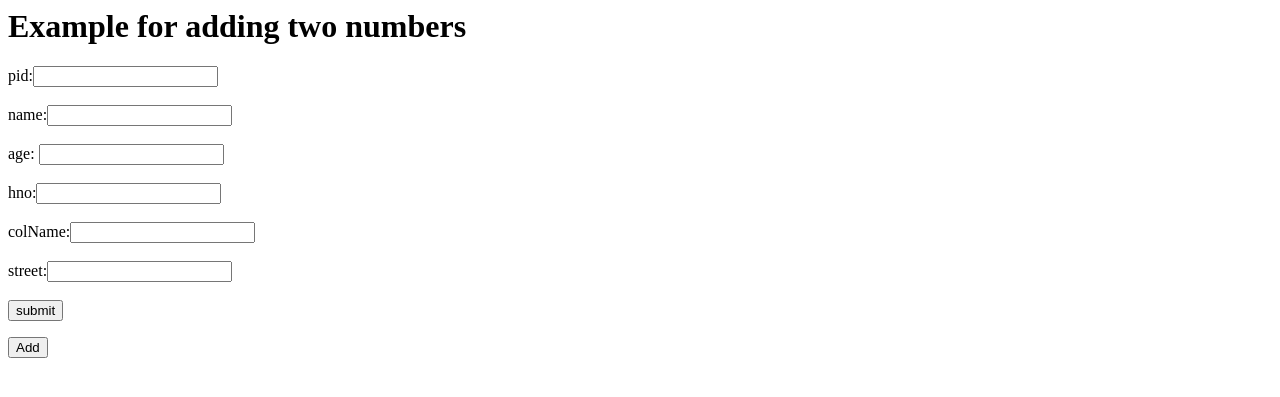
Repository: priyanalleboina/JsTraining
Page: Priyanka _JsExcercies/Excersice-14-ts/index.html
The author's editor kept a copy of each file at every save. The page is drawn from the files as they stood at one save, then again after the next save.
The browser window is 1280 px wide. The pictures show the whole page.

Above is the page before, as saved 2020-06-04 15:02:19.

### Priyanka _JsExcercies/Excersice-14-ts/index.html
<html lang="en">
<head>
  <meta charset="UTF-8">
  <meta name="viewport" content="width=device-width, initial-scale=1.0">
  <title>Add Program</title>
</head>
<body>
  <div>
    <h1>Example for adding two numbers</h1>
    <form method="GET" action="http://localhost:4000/create">
        <label>pid:</label><input id="id" name="pid"></br></br>
        <label>name:</label><input id="name" name="name"></br></br>
        <label>age:</label> <input id="age" name="age"></br></br>
        <label>hno:</label><input id="hno" name="hno"></br></br>
        <label>colName:</label><input id="colName" name="colName"></br></br>
        <label>street:</label><input id="street" name="street"></br></br>
        <input type="submit" value="submit"/></br>
      </form>
    <button type="submit">Add</button>
    <div>
  </div>
  </div>
</body>
</html>

After the next save:
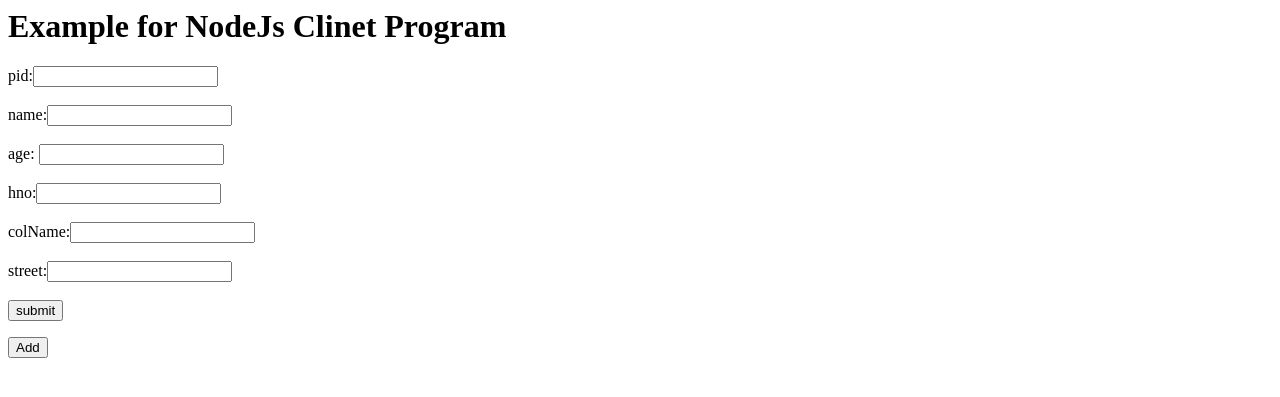
Saved 3 min 19 s later.
--- a/Priyanka _JsExcercies/Excersice-14-ts/index.html
+++ b/Priyanka _JsExcercies/Excersice-14-ts/index.html
@@ -6,7 +6,7 @@
 </head>
 <body>
   <div>
-    <h1>Example for adding two numbers</h1>
+    <h1>Example for NodeJs Clinet Program</h1>
     <form method="GET" action="http://localhost:4000/create">
         <label>pid:</label><input id="id" name="pid"></br></br>
         <label>name:</label><input id="name" name="name"></br></br>
